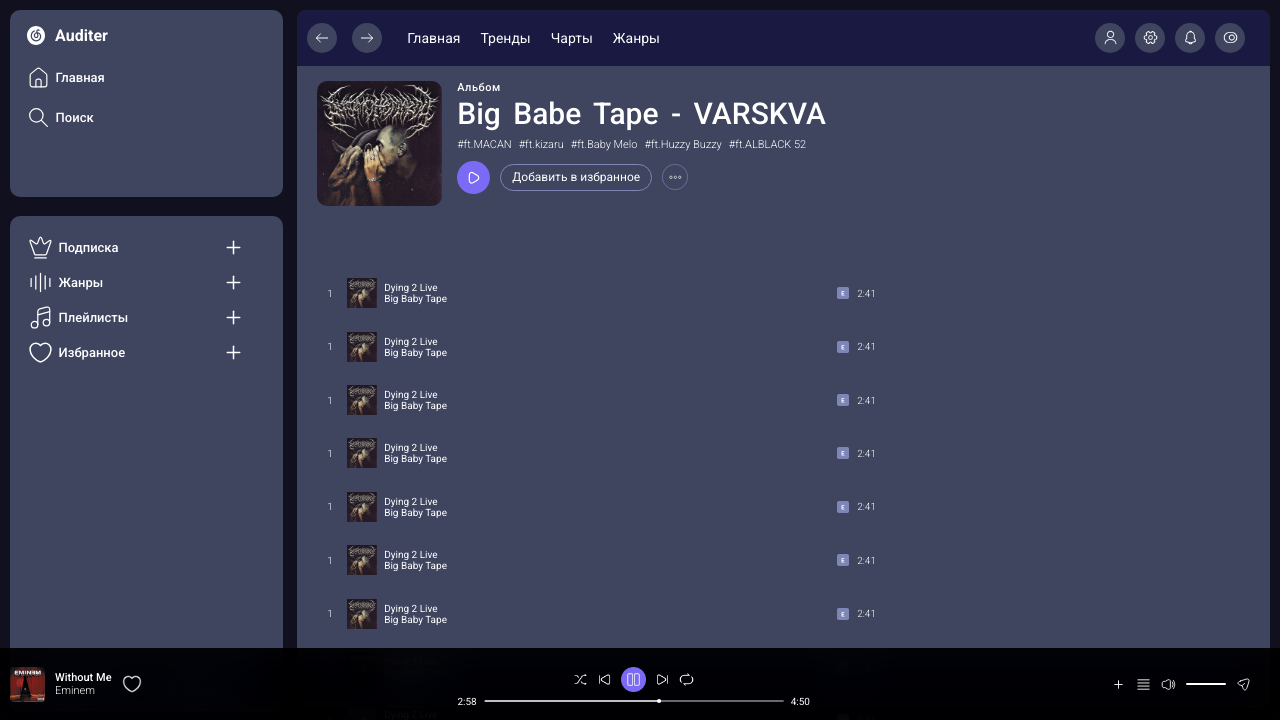
Repository: MaksimKrupkin/music_app
Page: /tracklist
The author's editor kept a copy of each file at every save. The page is drawn from the files as they stood at one save, then again after the next save.
The browser window is 1280 px wide. The pictures show the whole page.
The project was rebuilt for these pictures with package versions that can differ from the ones it lists, and the page was loaded fresh each time. Also part of the build but not shown: vite.config.ts, src/Pages/MainPage_demo/MainPage_demo.module.scss, src/Components/MainScreenDemo/MainScreenDemo.module.scss, src/Components/MainScreenHeaderDemo/MainScreenHeaderDemo.module.scss, src/Components/MainScreenHeaderDemo/MainScreenHeaderDemo.tsx, src/Components/MainScreenDemo/Charts/Charts.module.scss, src/Components/MainScreenDemo/Charts/Charts.tsx, src/Components/Card/Card.module.scss and 11 more.

Above is the page before, as saved 2024-02-26 11:33:38.

### index.html
<!DOCTYPE html>
<html lang="en">
  <head>
    <link rel="preconnect" href="https://fonts.googleapis.com" />
    <link rel="preconnect" href="https://fonts.gstatic.com" crossorigin />
    <link
      href="https://fonts.googleapis.com/css2?family=Roboto:ital,wght@0,100;0,300;0,400;0,500;0,700;0,900;1,100;1,300;1,400;1,500;1,700;1,900&display=swap"
      rel="stylesheet" />

    <meta charset="UTF-8" />
    <link rel="icon" type="image/svg+xml" href="/vite.svg" />
    <meta name="viewport" content="width=device-width, initial-scale=1.0" />
    <title>Auditer</title>
  </head>
  <body>
    <div id="root"></div>
    <script type="module" src="/src/main.tsx"></script>
  </body>
</html>

### src/App.tsx
import React from 'react';
import './App.scss';
import MainPage_demo from './Pages/MainPage_demo/MainPage_demo';
import Login from './Pages/Login/Login';
import { BrowserRouter, Routes, Route } from 'react-router-dom';
import Registration from './Pages/Registration/Registration';
import MainPage from './Pages/MainPage/MainPage';
import TrackList from './Pages/TrackList/TrackList';

function App() {
  return (
    <BrowserRouter>
      <Routes>
        <Route path="/user" element={<MainPage_demo />} />
        <Route path="/" element={<MainPage />} />
        <Route path="/tracklist" element={<TrackList />} />
        <Route path="/login" element={<Login />} />
        <Route path="/registration" element={<Registration />} />
      </Routes>
    </BrowserRouter>
  );
}

export default App;

### src/App.scss
* {
  margin: 0;
  padding: 0;
  border: 0;
  vertical-align: baseline;
  font-family: 'Roboto', sans-serif;
}
a,
a:link,
a:visited {
  text-decoration: none;
}
input:focus,
input:active,
button:focus,
button:active {
  outline: none;
}
#root {
  overflow-y: auto;
}

### src/Pages/TrackList/TrackList.tsx
import React from 'react';
import styles from './TrackList.module.scss';
import HigherSidebar from '../../Components/HigherSidebar/HigherSidebar';
import LowerSidebar from '../../Components/LowerSidebar/LowerSidebar';
import MainScreen from '../../Components/MainScreen/MainScreen';
import Playbar from '../../Components/Playbar/Playbar';
import TrackListScreen from '../../Components/TrackListScreen/TrackListScreen';

export default function TrackList() {
  return (
    <div className={styles.app_wrapper}>
      <div className={styles.wrapper}>
        <HigherSidebar />
        <LowerSidebar />
        <TrackListScreen />
        <Playbar />
      </div>
    </div>
  );
}

### src/Components/HigherSidebar/HigherSidebar.tsx
import React from 'react';
import styles from './HigherSidebar.module.scss';
import logo from '../../assets/img/logo.svg';
import home from '../../assets/img/home.svg';
import search from '../../assets/img/Search.svg';

export default function HigherSidebar() {
  return (
    <aside className={styles.higherSidebar}>
      <div className={styles.logo_wrapper}>
        <img className={styles.logo} src={logo} alt="Лого" />
        <strong className={styles.logo_text}>Auditer</strong>
      </div>
      <a className={styles.link_wrapper}>
        <img className={styles.img} src={home} alt="" />
        <span className={styles.text}>Главная</span>
      </a>
      <a className={styles.link_wrapper}>
        <img className={styles.img} src={search} alt="" />
        <span className={styles.text}>Поиск</span>
      </a>
    </aside>
  );
}

### src/Components/LowerSidebar/LowerSidebar.tsx
import React from 'react';
import styles from './LowerSidebar.module.scss';
import subscribe from '../../assets/img/subscribe.svg';
import plus from '../../assets/img/add.svg';
import genres from '../../assets/img/genres.svg';
import cookie from '../../assets/img/cookie.svg';
import language from '../../assets/img/language.svg';
import playlists from '../../assets/img/playlists.svg';
import favorites from '../../assets/img/favorite.svg';

export default function LowerSidebar() {
  return (
    <aside className={styles.lowerSidebar}>
      <div className={styles.link_wrapper}>
        <img className={styles.img} src={subscribe} alt="" />
        <span className={styles.text}>Подписка</span>
        <div className={styles.plus_wrapper}>
          <img className={styles.plus} src={plus} alt="" />
        </div>
      </div>
      <div className={styles.link_wrapper}>
        <img className={styles.img} src={genres} alt="" />
        <span className={styles.text}>Жанры</span>
        <div className={styles.plus_wrapper}>
          <img className={styles.plus} src={plus} alt="" />
        </div>
      </div>
      <div className={styles.link_wrapper}>
        <img className={styles.img} src={playlists} alt="" />
        <span className={styles.text}>Плейлисты</span>
        <div className={styles.plus_wrapper}>
          <img className={styles.plus} src={plus} alt="" />
        </div>
      </div>
      <div className={styles.link_wrapper}>
        <img className={styles.img} src={favorites} alt="" />
        <span className={styles.text}>Избранное</span>
        <div className={styles.plus_wrapper}>
          <img className={styles.plus} src={plus} alt="" />
        </div>
      </div>
      <div className={styles.bottom_elements}>
        <div className={styles.cookies_wrapper}>
          <img className={styles.img} src={cookie} alt="" />
          <span className={styles.text}>Файлы cookie</span>
        </div>
        <div className={styles.language_wrapper}>
          <img className={styles.img} src={language} alt="" />
          <span className={styles.text}>Русский</span>
        </div>
      </div>
    </aside>
  );
}

### src/Components/Playbar/Playbar.tsx
import React from 'react';
import styles from './Playbar.module.scss';
import cover from '../../assets/img/cover.png';
import like from '../../assets/img/like.png';
import mix from '../../assets/img/mix.png';
import prev from '../../assets/img/prev.png';
import pause from '../../assets/img/pause.png';
import next from '../../assets/img/next.png';
import repeat from '../../assets/img/repeat.png';
import trackLine from '../../assets/img/trackLine.svg';
import add from '../../assets/img/add.svg';
import text from '../../assets/img/text.svg';
import volume from '../../assets/img/volume.svg';
import volumeBar from '../../assets/img/volumeBar.svg';
import send from '../../assets/img/send.svg';

export default function Playbar() {
  return (
    <div className={styles.wrapper}>
      <div className={styles.left_wrapper}>
        <img className={styles.image} src={cover} alt="" />
        <div className={styles.info}>
          <div className={styles.title}>Without Me</div>
          <div className={styles.author}>Eminem</div>
        </div>
        <img className={styles.like} src={like} alt="" />
      </div>
      <div className={styles.center_wrapper}>
        <div className={styles.top}>
          <img className={styles.image} src={mix} alt="" />
          <img className={styles.image} src={prev} alt="" />
          <img className={styles.image} src={pause} alt="" />
          <img className={styles.image} src={next} alt="" />
          <img className={styles.image} src={repeat} alt="" />
        </div>
        <div className={styles.bottom}>
          <span className={styles.time}>2:58</span>
          <img className={styles.trackLine} src={trackLine} alt="" />
          <span className={styles.time}>4:50</span>
        </div>
      </div>
      <div className={styles.right_wrapper}>
        <img className={styles.image} src={add} alt="" />
        <img className={styles.image} src={text} alt="" />
        <img className={styles.image} src={volume} alt="" />
        <img className={styles.volumeBar} src={volumeBar} alt="" />
        <img className={styles.image} src={send} alt="" />
      </div>
    </div>
  );
}

### src/Pages/TrackList/TrackList.module.scss
.app_wrapper {
  background-color: #10101e;
  height: 100vh; /* Растягиваем контейнер на всю высоту окна */
  overflow-y: auto;
}

.wrapper {
  box-sizing: border-box;
  width: 100vw;
  min-height: 100vh; /* Минимальная высота равна высоте видимой области окна браузера */
  background-color: #10101e;
  color: white;
  overflow-y: auto;
  overflow-y: auto;
}

### src/Components/TrackListScreen/TrackListScreen.tsx
import React from 'react';
import styles from './TrackListScreen.module.scss';
import MainScreenHeader from '../MainScreenHeader/MainScreenHeader';
import albom from '../../assets/img/albom4.jpg';
import play from '../../assets/img/play.svg';
import elseImg from '../../assets/img/else.svg';

import Track from './Track/Track';

export default function TrackListScreen() {
  return (
    <main className={styles.main}>
      <MainScreenHeader />
      <div className={styles.left_wrapper}>
        <div className={styles.top}>
          <img className={styles.cover} src={albom} alt="" />
          <span className={styles.type}>Альбом</span>
          <strong className={styles.info}>Big Babe Tape - VARSKVA</strong>
          <div className={styles.fits}>
            <span className={styles.fit_author}>#ft.MACAN</span>
            <span className={styles.fit_author}>#ft.kizaru</span>
            <span className={styles.fit_author}>#ft.Baby Melo</span>
            <span className={styles.fit_author}>#ft.Huzzy Buzzy</span>
            <span className={styles.fit_author}>#ft.ALBLACK 52</span>
          </div>
          <div className={styles.buttons}>
            <img className={styles.play_image} src={play} alt="" />
            <div className={styles.toFavorite_wrapper}>
              <div className={styles.toFavorite}>Добавить в избранное</div>
            </div>
            <img className={styles.elseImg} src={elseImg} alt="" />
          </div>
        </div>
        <div className={styles.trackList_wrapper}>
          <Track />
          <Track />
          <Track />
          <Track />
          <Track />
          <Track />
          <Track />
          <Track />
          <Track />
        </div>
      </div>

      <div className={styles.right_wrapper}></div>
    </main>
  );
}

### src/Components/HigherSidebar/HigherSidebar.module.scss
.higherSidebar {
  position: fixed;
  top: 0;
  box-sizing: border-box;
  display: flex;
  flex-direction: column;
  align-items: start;
  gap: 15px;
  width: 21.3%;
  height: 26%;
  margin: 10px;
  border-radius: 10px;
  background-color: #3f445f;
  padding-top: 16px;
  padding-left: 18.6px;
}

.logo_wrapper {
  box-sizing: border-box;
  margin-left: -2px;
  display: flex;
  flex-direction: row;
  justify-content: space-between;
  gap: 5px;
  align-items: center;
  width: 32%;
  margin-bottom: 5px;
}
.logo {
  width: 18.63px;
  height: 18.63px;
}
.logo_text {
  color: #fff;
  font-size: 16px;
  font-style: normal;
  font-weight: 600;
  line-height: normal;
}
.link_wrapper {
  margin-left: -3px;
  display: flex;
  align-items: center;
  gap: 5px;
  cursor: pointer;
  .img {
    width: 25px;
    height: 25px;
  }
  .text {
    font-size: 13px;
    font-weight: 500;
    transition: all 0.2s ease-in;
  }
  .text:hover {
    color: rgb(205, 205, 226);
  }
}

### src/Components/LowerSidebar/LowerSidebar.module.scss
.lowerSidebar {
  position: fixed;
  top: 30%;
  box-sizing: border-box;
  display: flex;
  flex-direction: column;
  align-items: space-between;
  gap: 5px;
  width: 21.3%;
  height: 69%;
  margin: 10px;
  margin-top: 0;
  border-radius: 10px;
  background-color: #3f445f;
  padding-top: 16px;
  padding-left: 20.6px;
  padding-right: 18.6px;
}
.link_wrapper {
  margin-left: -3px;
  display: flex;
  align-items: center;
  gap: 5px;
  cursor: pointer;
  .img {
    width: 25px;
    height: 25px;
  }
  .text {
    font-size: 13px;
    font-weight: 500;
    transition: all 0.2s ease-in;
    width: 155px;
    margin-left: 1px;
  }
  .text:hover {
    color: rgb(205, 205, 226);
  }
  .plus_wrapper {
    display: flex;
    align-items: center;
    justify-content: center;
    width: 30px;
    height: 30px;
    border-radius: 50%;
    transition: all 0.2s ease-in-out;
    .plus {
      margin: 0;
      padding: 0;
      width: 25px;
      height: 25px;
      border-radius: 50%;
    }
  }
  .plus_wrapper:hover {
    background-color: #484d69;
  }
}

.bottom_elements {
  position: inherit;
  bottom: 15px;
  left: 25px;
  display: flex;
  align-items: center;
  gap: 20px;
  .cookies_wrapper {
    border: 1.5px solid #7d86b6;
    border-radius: 25px;
    padding: 5px;
    width: 100px;
    height: 20px;
    display: flex;
    justify-content: center;
    gap: 5px;
    align-items: center;
    transition: all 0.2s ease-out;
    cursor: pointer;
  }
  .cookies_wrapper:hover {
    border: 1.5px solid white;
  }
  .language_wrapper {
    border: 1.5px solid #7d86b6;
    border-radius: 25px;
    padding: 5px;
    width: 70px;
    height: 20px;
    display: flex;
    gap: 5px;
    align-items: center;
    justify-content: center;
    transition: all 0.2s ease-out;
    cursor: pointer;
  }
  .language_wrapper:hover {
    border: 1.5px solid white;
  }
  .img {
    width: 15px;
  }
  .text {
    font-size: 12px;
  }
}

### src/Components/MainScreenHeader/MainScreenHeader.tsx
import React from 'react';
import styles from './MainScreenHeader.module.scss';
import leftArrow from '../../assets/img/leftArrow.svg';
import rightArrow from '../../assets/img/rightArrow.svg';
import { Link } from 'react-router-dom';
import user from '../../assets/img/user.png';
import setting from '../../assets/img/setting.png';
import notification from '../../assets/img/notification.png';
import eye from '../../assets/img/eye.png';

export default function MainScreenHeader() {
  return (
    <header className={styles.header}>
      <div className={styles.arrows}>
        <div className={styles.wrapper}>
          <img src={leftArrow} className={styles.arrow} alt="" />
        </div>
        <div className={styles.wrapper}>
          <img className={styles.arrow} src={rightArrow} alt="" />
        </div>
      </div>
      <nav className={styles.navigation}>
        <ul>
          <li>
            <a className={styles.link}>Главная</a>
          </li>
          <li>
            <a className={styles.link}>Тренды</a>
          </li>
          <li>
            <a className={styles.link}>Чарты</a>
          </li>
          <li>
            <a className={styles.link}>Жанры</a>
          </li>
        </ul>
      </nav>
      <div className={styles.buttons}>
        <Link to="" className={styles.link_wrapper}>
          <img className={styles.image} src={user} alt="" />
        </Link>
        <Link to="" className={styles.link_wrapper}>
          <img className={styles.image} src={setting} alt="" />
        </Link>
        <Link to="" className={styles.link_wrapper}>
          <img className={styles.image} src={notification} alt="" />
        </Link>
        <Link to="" className={styles.link_wrapper}>
          <img className={styles.image} src={eye} alt="" />
        </Link>
      </div>
    </header>
  );
}

### src/Components/Playbar/Playbar.module.scss
.wrapper {
  box-sizing: border-box;
  position: fixed;
  bottom: 0;
  width: 100%;
  padding-left: 10px;
  padding-right: 10px;
  height: 10%;
  background: rgba(0, 0, 0, 0.9);
  backdrop-filter: blur(20px) contrast(200%);

  display: flex;
  align-items: center;
  .left_wrapper {
    display: flex;
    align-items: center;
    width: 33%;
    gap: 10px;
    .image {
      width: 35px;
      height: 35px;

      border-radius: 1px;
    }
    .info {
      font-size: 11px;
      .title {
        font-weight: 500;
      }
      .author {
        font-weight: 300;
      }
    }
    .like {
      width: 20px;
      cursor: pointer;
    }
  }
  .center_wrapper {
    width: 33%;
    display: flex;
    flex-direction: column;
    align-items: center;
    .top {
      margin-top: 5px;
      display: flex;
      align-items: center;
      gap: 9px;
      .image {
        width: 15px;
        cursor: pointer;
      }
      .image:nth-child(3) {
        width: 25px;
      }
    }
    .bottom {
      margin-top: 4px;
      display: flex;
      align-items: center;
      gap: 7px;
      .trackLine {
        width: 300px;
        cursor: pointer;
      }
      .time {
        font-size: 10px;
      }
    }
  }
  .right_wrapper {
    box-sizing: border-box;
    width: 32.5%;
    display: flex;

    align-items: center;
    justify-content: flex-end;
    gap: 10px;
    .image {
      width: 15px;
      cursor: pointer;
    }
    .volumeBar {
      width: 40px;
      cursor: pointer;
    }
  }
}

### src/Components/TrackListScreen/TrackListScreen.module.scss
.main {
  box-sizing: border-box;
  position: fixed;
  top: 0;
  right: 0;
  margin: 10px;
  background-color: #3f445f;
  width: 76%;
  height: 97%;
  border-radius: 10px;
}
.left_wrapper {
  box-sizing: border-box;
  width: 65%;
  padding-left: 20px;
  padding-top: 10px;
}
.top {
  position: relative;
  height: 26vh;
  .cover {
    width: 125px;
    border-radius: 10px;
    position: absolute;
    left: 0;
    top: 0;
  }
  .type {
    position: absolute;
    left: 140px;
    top: 0;
    font-size: 11px;
    font-weight: 500;
    letter-spacing: 0.5px;
  }
  .info {
    position: absolute;
    left: 140px;
    top: 15px;
    font-size: 30px;
    font-weight: 500;
    word-spacing: 5px;
  }
  .fits {
    position: absolute;
    left: 140px;
    top: 57px;
    display: flex;
    align-items: center;
    gap: 7px;
    .fit_author {
      font-size: 11px;
      font-weight: 300;
    }
  }
  .buttons {
    position: absolute;
    left: 140px;
    top: 80px;
    display: flex;
    align-items: center;
    gap: 10px;
    .play_image {
      width: 33px;
      cursor: pointer;
    }
    .toFavorite_wrapper {
      display: flex;
      align-items: center;
      justify-content: center;
      width: 150px;
      height: 25px;
      border: 1px solid #7d86b6;
      border-radius: 15px;
      cursor: pointer;
      .toFavorite {
        font-size: 12px;
        font-weight: 400;
      }
    }
    .elseImg {
      width: 26px;
      cursor: pointer;
    }
  }
}
.trackList_wrapper {
  width: 100%;
  display: flex;
  flex-direction: column;
  align-items: center;
  gap: 3px;
}

### src/Components/TrackListScreen/Track/Track.tsx
import React from 'react';
import styles from './Track.module.scss';
import adults from '../../../assets/img/18+.svg';
import albom from '../../../assets/img/albom4.jpg';
import play from '../../../assets/img/play2.svg';
import like from '../../../assets/img/like.svg';
import more from '../../../assets/img/more.svg';

export default function Track() {
  return (
    <div className={styles.track_wrapper}>
      <div className={styles.number}>1</div>
      <img className={styles.play} src={play} alt="" />
      <img className={styles.cover} src={albom} alt="" />
      <div className={styles.info}>
        <span className={styles.title}>Dying 2 Live</span>
        <span className={styles.author}>Big Baby Tape</span>
      </div>
      <img className={styles.like} src={like} alt="" />
      <img className={styles.forAdults_image} src={adults} alt="" />
      <span className={styles.duration}>2:41</span>
      <img src={more} className={styles.more} alt="" />
    </div>
  );
}

### src/Components/MainScreenHeader/MainScreenHeader.module.scss
.header {
  position: sticky;
  top: 0;
  z-index: 1000;
  box-sizing: border-box;
  width: 100%;
  height: 8%;
  border-top-right-radius: 8px;
  border-top-left-radius: 8px;
  background-color: #191941;
  display: flex;
  align-items: center;
  padding: 5px;
  padding-left: 10px;
  margin-bottom: 5px;
}
.arrows {
  width: 75px;
  display: flex;
  align-items: center;
  justify-content: space-between;
  .wrapper {
    width: 30px;
    height: 30px;
    border-radius: 50%;
    background-color: #3f445f;
    display: flex;
    justify-content: center;
    align-items: center;
    transition: all 0.2s ease-in;
  }
  .wrapper:hover {
    background-color: #4a4f6c;
  }
  .arrow {
    width: 16px;
  }
}

.navigation {
  width: 500px;
  display: flex;
  align-items: center;
  margin-left: 25px;
  ul {
    list-style-type: none;
    display: flex;
    align-items: center;
    gap: 20px;
  }
  .link {
    font-size: 14px;
    cursor: pointer;
    transition: all 0.2s ease-in;
  }
  .link:hover {
    color: rgb(224, 217, 217);
  }
}

.buttons {
  display: flex;
  align-items: center;
  gap: 10px;
  position: absolute;
  right: 25px;
  .link_wrapper {
    width: 30px;
    height: 30px;
    border-radius: 50%;
    background-color: #3f445f;
    display: flex;
    justify-content: center;
    align-items: center;
    transition: all 0.2s ease-in;
  }

  .link_wrapper:hover {
    background-color: #555a78;
  }
  .image {
    width: 15px;
  }
}

### src/Components/TrackListScreen/Track/Track.module.scss
.track_wrapper {
  position: relative;
  width: 100%;
  height: 7vh;
  box-sizing: border-box;
  border-radius: 10px;
  display: flex;
  align-items: center;
  transition: all 0.1s ease-out;
  padding: 1px;
  cursor: pointer;

  .number {
    position: absolute;
    left: 0;
    display: block;
    width: 11px;
    margin-left: 10px;
    margin-right: 10px;
    font-size: 10px;
    font-weight: 300;
  }
  .play {
    position: absolute;
    left: 0;
    display: none;
  }
  .cover {
    position: absolute;
    left: 30px;
    width: 30px;
  }
  .info {
    position: absolute;
    left: 60px;
    margin-left: 7px;
    display: flex;
    flex-direction: column;
    width: 150px;
  }
  .title {
    font-size: 10px;
  }
  .author {
    font-size: 10px;
  }
  .like {
    position: absolute;
    left: 500px;
    display: none;
    width: 14px;
  }
  .forAdults_image {
    position: absolute;
    left: 520px;
    width: 12px;
  }
  .duration {
    position: absolute;
    left: 540px;
    font-size: 10px;
    font-weight: 300;
  }
  .more {
    position: absolute;
    left: 560px;
    width: 15px;
    display: none;
  }
}

.track_wrapper:hover {
  border: 1px solid #7d86b6;
  .play {
    display: block;
    width: 11px;
    margin-right: 10px;
    margin-left: 10px;
  }
  .number {
    display: none;
  }
  .like {
    display: block;
  }
  .more {
    display: block;
  }
}

Loaded but not shown: src/main.tsx (common file)

After the next save:
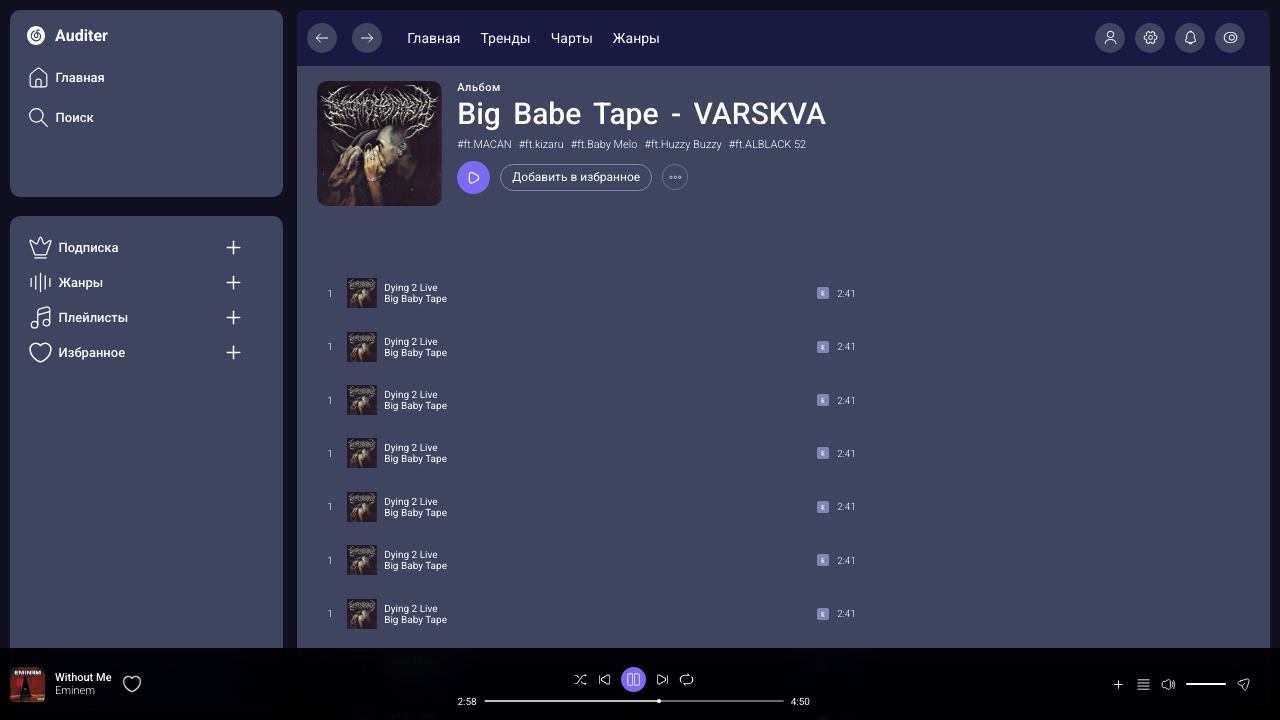
Saved 18 s later.
--- a/src/Components/TrackListScreen/Track/Track.module.scss
+++ b/src/Components/TrackListScreen/Track/Track.module.scss
@@ -46,24 +46,24 @@
   }
   .like {
     position: absolute;
-    left: 500px;
+    left: 480px;
     display: none;
     width: 14px;
   }
   .forAdults_image {
     position: absolute;
-    left: 520px;
+    left: 500px;
     width: 12px;
   }
   .duration {
     position: absolute;
-    left: 540px;
+    left: 520px;
     font-size: 10px;
     font-weight: 300;
   }
   .more {
     position: absolute;
-    left: 560px;
+    left: 540px;
     width: 15px;
     display: none;
   }
